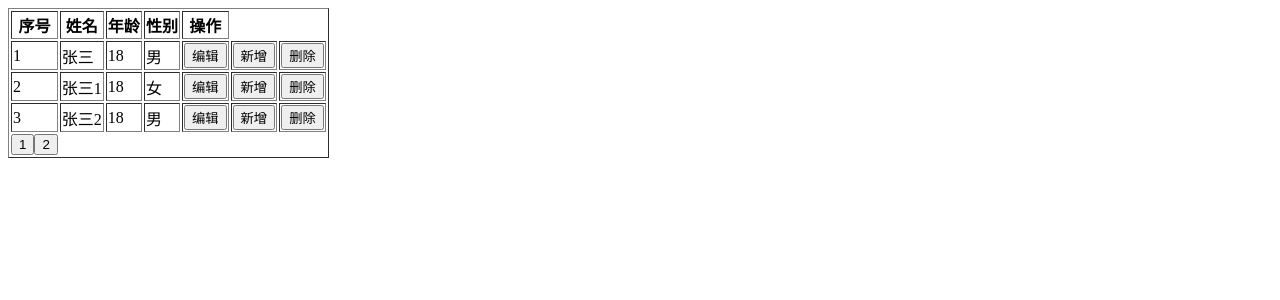
Repository: yuanritian1/5oproject50days
Page: 表格table/index.html
The author's editor kept a copy of each file at every save. The page is drawn from the files as they stood at one save, then again after the next save.
The browser window is 1280 px wide. The pictures show the whole page.

Above is the page before, as saved 2022-09-03 10:45:25.

### 表格table/index.html
<!DOCTYPE html>
<html lang="en">

<head>
    <meta charset="UTF-8">
    <meta http-equiv="X-UA-Compatible" content="IE=edge">
    <meta name="viewport" content="width=device-width, initial-scale=1.0">
    <title>Document</title>
</head>

<body>
    <div id="containerBox">
        <table border="1">
            <thead>
                <tr>
                    <th>
                        序号
                    </th>
                    <th>
                        姓名
                    </th>
                    <th>
                        年龄
                    </th>
                    <th>
                        性别
                    </th>
                    <th>
                        操作
                    </th>
                </tr>
            </thead>
            <tbody id="content">
            </tbody>
            <tfoot id="foot">
            </tfoot>
        </table>
    </div>
</body>

</html>
<script>
    const DATE_ARR = [
        { id: '1', name: '张三', age: '18', sex: '男' },
        { id: '2', name: '张三1', age: '18', sex: '女' },
        { id: '3', name: '张三2', age: '18', sex: '男' },
        { id: '4', name: '张三3', age: '18', sex: '男' },
        { id: '5', name: '张三4', age: '18', sex: '女' },
        { id: '6', name: '张三5', age: '18', sex: '男' },
    ]
    let bodyContent = document.getElementById('content')
    let footContent = document.getElementById('foot')
    function showTable(data) {
        bodyContent.innerHTML = ''
        data.forEach((item) => {
            bodyContent.innerHTML += `
    <tr>
        <td>${item.id}</td>
        <td>${item.name}</td>
        <td>${item.age}</td>
        <td>${item.sex}</td>
        <td><button>编辑</button></td>
        <td><button>新增</button></td>
        <td><button>删除</button></td>
        </tr>
    `
        })
    }
    function jiequ(value) {

        let arr = DATE_ARR.slice((value - 1) * 3, 3)
        console.log(arr, value, DATE_ARR.slice((2 - 1) * 3, 3));
        showTable(arr)
    }
    function page(e) {
        jiequ(+e.innerHTML)
    }
    function fenye() {
        let num = Math.ceil(DATE_ARR.length / 3)
        let str = ''
        for (let i = 0; i < num; i++) {
            str += `
<button onclick='page(this)'>${i + 1}</button>
`
        }
        footContent.innerHTML = str
    }
    fenye()
    jiequ(1)
</script>

After the next save:
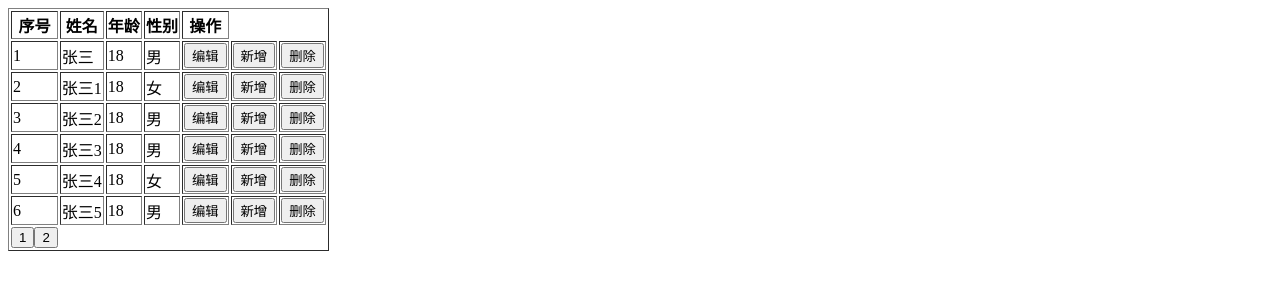
Saved 20 s later.
--- a/表格table/index.html
+++ b/表格table/index.html
@@ -68,7 +68,7 @@
     }
     function jiequ(value) {
 
-        let arr = DATE_ARR.slice((value - 1) * 3, 3)
+        let arr = DATE_ARR.slice((value - 1) * 3, 3 * 2)
         console.log(arr, value, DATE_ARR.slice((2 - 1) * 3, 3));
         showTable(arr)
     }

After the save that followed:
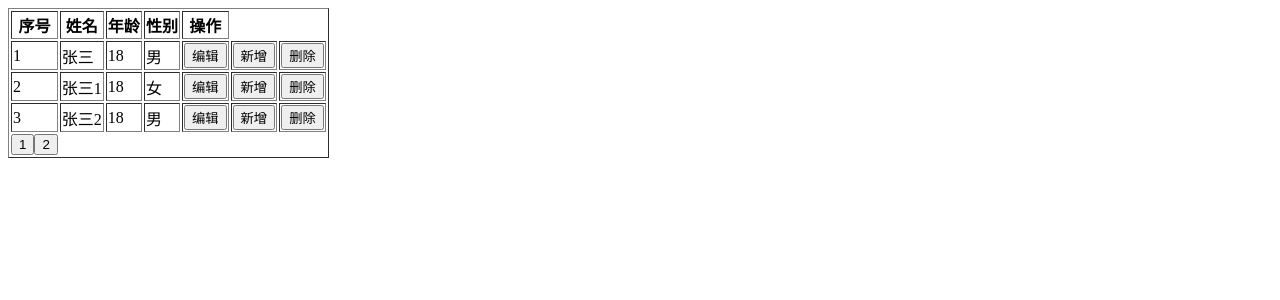
Saved 20 s later.
--- a/表格table/index.html
+++ b/表格table/index.html
@@ -68,7 +68,7 @@
     }
     function jiequ(value) {
 
-        let arr = DATE_ARR.slice((value - 1) * 3, 3 * 2)
+        let arr = DATE_ARR.slice((value - 1) * 3, 3)
         console.log(arr, value, DATE_ARR.slice((2 - 1) * 3, 3));
         showTable(arr)
     }
